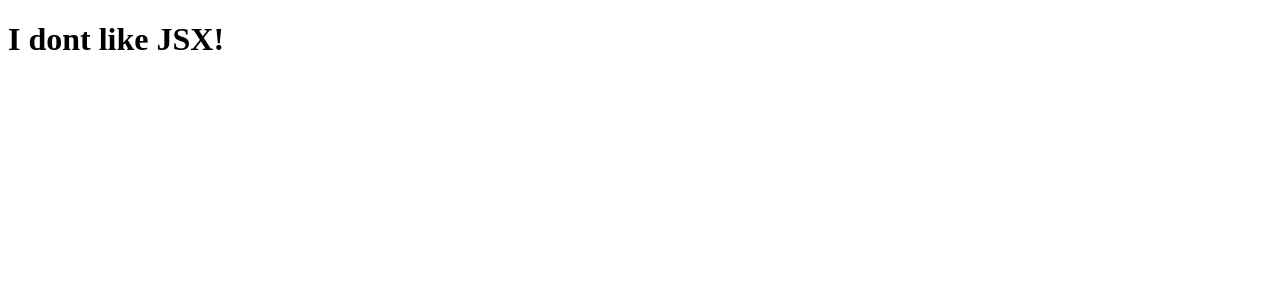
Repository: kenyi-mic/ugv-celender-ui
Page: /
These files come from the project's save history. The page is drawn as it stood at one moment and after the next save; the edit follows.
The browser window is 1280 px wide. The pictures show the whole page.
The project was rebuilt for these pictures with package versions that can differ from the ones it lists, and the page was loaded fresh each time.

Above is the page before, as saved 2021-06-09 09:58:31.

After the next save:
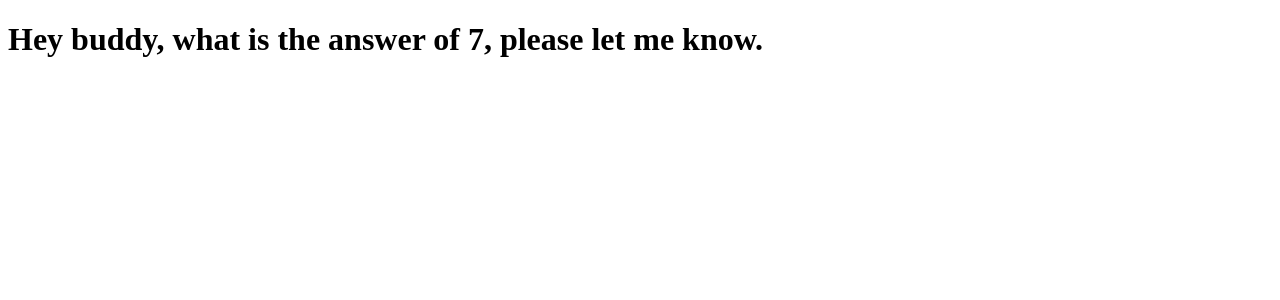
Saved 4 min 57 s later.
--- a/src/index.js
+++ b/src/index.js
@@ -2,6 +2,6 @@
 import ReactDom from "react-dom";
 
 //Without jsx
-const myelement = React.createElement("h1", {}, "I dont like JSX!");
+const myelement = (<h1>Hey buddy, what is the answer of {80023 % 8 }, please let me know.</h1>);
 
 ReactDom.render(myelement, document.getElementById("winnie"));
